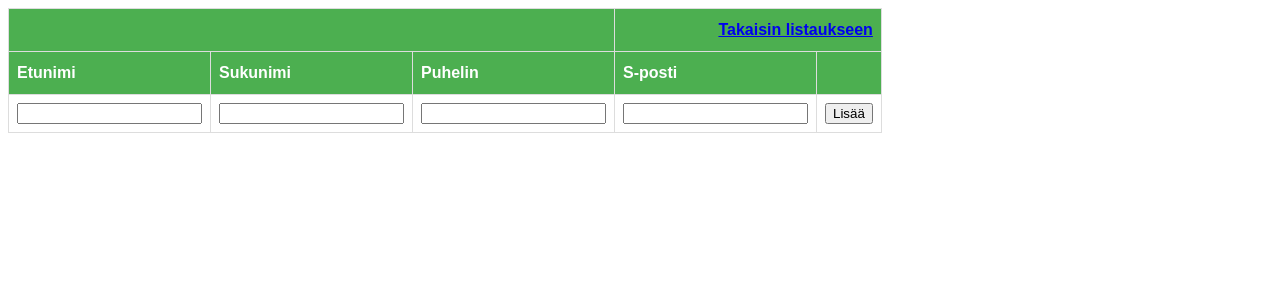
Repository: Lateh13/Asiakkaat
Page: http://localhost/Asiakkaat/lisaaasiakas.jsp
An editor plug-in stored every save of this project. The page is shown before and after the next save, followed by the edit.
The browser window is 1280 px wide. The pictures show the whole page.
The page is served by Tomcat 9.

Above is the page before, as saved 2020-05-17 08:21:53.

After the next save:
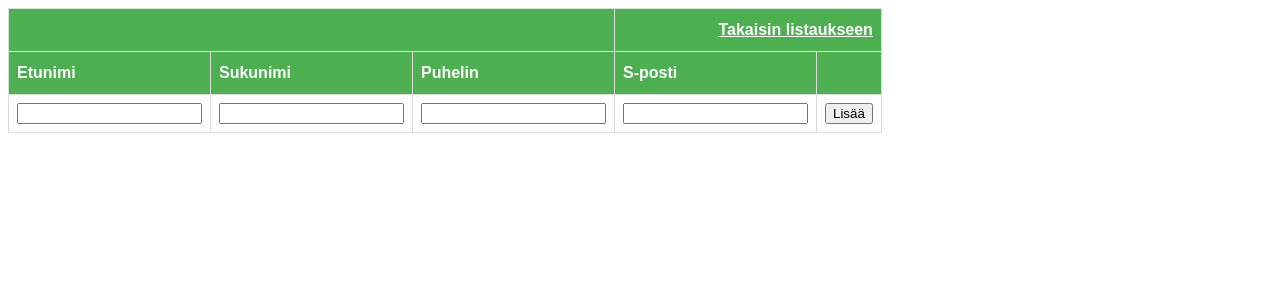
Saved 1 s later.
--- a/Asiakkaat/WebContent/lisaaasiakas.jsp
+++ b/Asiakkaat/WebContent/lisaaasiakas.jsp
@@ -8,13 +8,13 @@
 <script src="scripts/main.js"></script>
 <title>Asiakkaan lisäys</title>
 </head>
-<body onkeydown = "lisaa(event)">
+<body onkeydown = "enter(event)">
 <form id="tiedot">
 	<table>
 		<thead>
 			<tr>
 				<th colspan="3" id="ilmoitus">
-				<th colspan="2" class="oikealle"><a href="listaaasiakkaat.jsp">Takaisin listaukseen</a></th>
+				<th colspan="2" class="oikealle"><a href="listaaasiakkaat.jsp" id="takaisin">Takaisin listaukseen</a></th>
 			</tr>
 			<tr>
 				<th>Etunimi</th>
@@ -38,7 +38,7 @@
 <span id="ilmoitus"></span>
 </body>
 <script>
-function lisaa(event) {
+function enter(event) {
 	if(event.keyCode == 13) {
 		lisaaAsiakas();
 	}
@@ -62,61 +62,12 @@ function lisaaAsiakas() {
 		if (vastaus == 0) {
 			document.getElementById("ilmoitus").innerHTML = "Asiakkaan lisääminen epäonnistui!";
 		} else if (vastaus == 1) {
-			document.getElementById("ilmoitus").innerHTML = "Asiakkaan lisääminen onnistui"
+			document.getElementById("ilmoitus").innerHTML = "Asiakkaan lisääminen onnistui!"
 		}
 		SetTimeout(function(){ document.getElementById("ilmoitus").innerHTML=""; }, 5000);
 		});
 		document.getElementById("tiedot").reset();
 	}
-}
-
-function validate() {
-	resetBorderColor();
-	var ilmoitus = "";
-	var laskuri = 0;
-	var etunimi = document.getElementById("etunimi").value;
-	var sukunimi = document.getElementById("sukunimi").value;
-	var puhelin = document.getElementById("puhelin").value;
-	var sposti = document.getElementById("sposti").value;
-
-	var etunimiREGX = /^[A-Z]{1}[a-z]{2,40}$/;
-	var sukunimiREGX = /^[A-Z]{1}[a-z]{2,40}$/;
-	var puhelinREGX = /^[0-9]{8,20}$/;
-	var spostiREGX = /^[a-zA-Z0-9._-]+@[a-zA-Z0-9.-]+\.[a-zA-Z]{2,4}$/;
-
-	var etunimiTulos = etunimiREGX.test(etunimi);
-	var sukunimiTulos = sukunimiREGX.test(sukunimi);
-	var puhelinTulos = puhelinREGX.test(puhelin);
-	var spostiTulos = spostiREGX.test(sposti);
-
-	if (etunimiTulos == false) {
-		ilmoitus = "Etunimi ei kelpaa!";
-		laskuri++;
-		document.getElementById("etunimi").style.borderBottomColor = "red";
-	}
-	if (sukunimiTulos == false) {
-		ilmoitus = "Sukunimi ei kelpaa!";
-		laskuri++;
-		document.getElementById("sukunimi").style.borderBottomColor = "red";
-	}
-	if (puhelinTulos == false ) {
-		ilmoitus = "Puhelinnumero ei kelpaa!";
-		laskuri++;
-		document.getElementById("puhelin").style.borderBottomColor = "red";
-	}
-	if (spostiTulos == false) {
-		ilmoitus = "Sähköpostiosoite ei kelpaa!";
-		laskuri++;
-		document.getElementById("sposti").style.borderBottomColor = "red";
-	}
-	if (laskuri == 1) {
-		document.getElementById("ilmoitus").innerHTML = ilmoitus;
-		return false;
-	} else if (laskuri > 1) {
-		document.getElementById("ilmoitus").innerHTML = "Tarkista antamasi tiedot!";
-		return false;
-	}
-	return true;
 }
 
 function resetBorderColor() {
